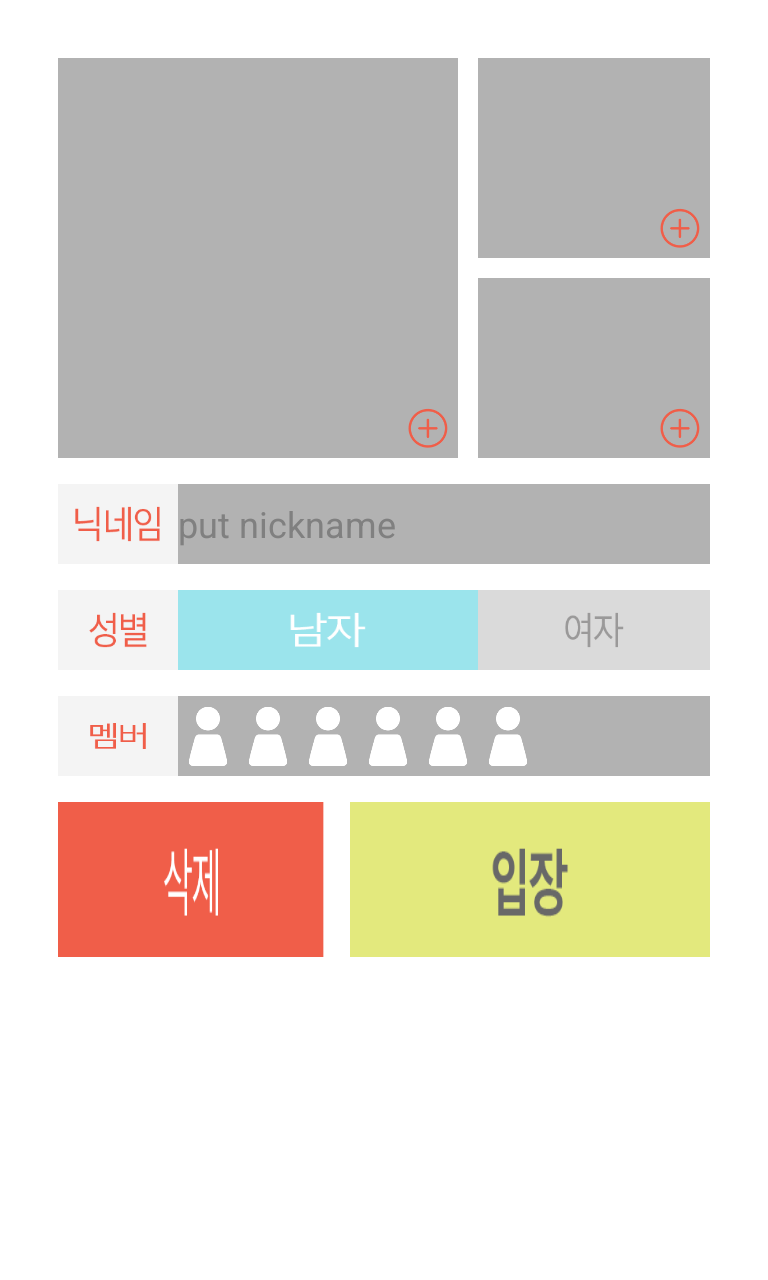
Repository: dokwon/mingle_final_client
Layout: mingle/res/layout/activity_main.xml
These files come from the project's save history. The layout is drawn as it stood at one moment and after the next save; the edit follows.
It is drawn on a 768 x 1280 px phone screen (xhdpi) without system bars, with theme ProfileTheme; the app's code is not run. The app's manifest (not shown) leaves right-to-left support off. So textAlignment, textDirection and layoutDirection are ignored, and left and right values win over start and end ones.

Above is the layout before, as saved 2014-08-04 06:09:12.

### mingle/res/layout/activity_main.xml
<?xml version="1.0"?>

<RelativeLayout
  tools:context=".MainActivity"
  android:paddingBottom="@dimen/activity_vertical_margin"
  android:paddingTop="@dimen/activity_vertical_margin"
  android:paddingRight="@dimen/activity_horizontal_margin"
  android:paddingLeft="@dimen/activity_horizontal_margin"
  android:layout_height="match_parent"
  android:layout_width="match_parent"
  android:background="@color/titlebackgroundcolor"
  xmlns:tools="http://schemas.android.com/tools"
  xmlns:android="http://schemas.android.com/apk/res/android">


	<!--

	+++++	PHOTO VIEWS   +++++

							-->
	<ImageView
	    android:id="@+id/photoView1"
	    android:layout_height="@dimen/photo_view_size"
	    android:layout_width="@dimen/photo_view_size"
	    android:layout_marginLeft="@dimen/option_margin"
	    android:layout_marginTop="@dimen/option_margin"
	    android:layout_alignParentStart="true"
	    android:layout_alignParentLeft="true"
	    android:theme="@style/PictureViewTheme"
	    android:cropToPadding="true"
	    android:contentDescription="@string/photo_description"
	    android:background="@color/photobackgroundcolor"
	    android:longClickable="false"
	    android:clickable="true" />

	<ImageView
	    android:id="@+id/photoView2"
	    android:layout_width="wrap_content"
	    android:layout_height="100dp"
	    android:layout_alignTop="@+id/photoView1"
	    android:layout_alignParentRight="true"
	    android:layout_marginRight="@dimen/option_margin"
	    android:layout_marginLeft="@dimen/photo_margin"
	    android:layout_toRightOf="@+id/photoView1"
	    android:adjustViewBounds="false"
	    android:background="@color/photobackgroundcolor"
	    android:baselineAlignBottom="false"
	    android:clickable="true"
	    android:contentDescription="@string/photo_description"
	    android:cropToPadding="true"
	    android:longClickable="false" />
	<ImageView
	    android:id="@+id/photoView3"
	    android:layout_height="wrap_content"
	    android:layout_width="wrap_content"
	    android:background="@color/photobackgroundcolor"
	    android:cropToPadding="true"
	    android:contentDescription="@string/photo_description"
	    android:clickable="true"
	    android:longClickable="false"
	    android:layout_alignRight="@+id/photoView2"
	    android:layout_alignBottom="@+id/photoView1"
	    android:layout_alignStart="@+id/photoView2"
	    android:layout_alignLeft="@+id/photoView2"
	    android:layout_below="@+id/photoView2"
	    android:layout_marginTop="@dimen/photo_margin"/>


	<!--

	+++++	ADD BUTTONS   +++++

							-->
	<ImageView
	    android:layout_height="20dp"
	    android:layout_width="20dp"
	    android:layout_marginRight="5dp"
	    android:layout_marginBottom="5dp"
	    android:layout_alignRight="@+id/photoView1"
	    android:layout_alignBottom="@+id/photoView1"
	    android:cropToPadding="true"
	    android:contentDescription="@string/erase_button_description"
	    android:background="@drawable/photo_plus"
	    android:longClickable="true"
	    android:id="@+id/add1"/>
	<ImageView
	    android:layout_height="20dp"
	    android:layout_width="20dp"
	    android:layout_marginRight="5dp"
	    android:layout_marginBottom="5dp"
	    android:layout_alignRight="@+id/photoView2"
	    android:layout_alignBottom="@+id/photoView2"
	    android:cropToPadding="true"
	    android:contentDescription="@string/erase_button_description"
	    android:background="@drawable/photo_plus"
	    android:longClickable="true"
	    android:id="@+id/add2"/>
	<ImageView
	    android:layout_height="20dp"
	    android:layout_width="20dp"
	    android:layout_marginRight="5dp"
	    android:layout_marginBottom="5dp"
	    android:layout_alignRight="@+id/photoView3"
	    android:layout_alignBottom="@+id/photoView3"
	    android:cropToPadding="true"
	    android:contentDescription="@string/erase_button_description"
	    android:background="@drawable/photo_plus"
	    android:longClickable="true"
	    android:id="@+id/add3"/>

	<!--

	+++++	NICKNAME  +++++

							-->

	<ImageView
	    android:id="@+id/nicknamelabel"
	    android:layout_width="@dimen/option_label_width"
	    android:layout_height="@dimen/option_label_height"
	    android:background="@drawable/nickname"
	    android:cropToPadding="true"
	    android:contentDescription="@string/photo_description"
	    android:longClickable="false"
	    android:layout_alignStart="@+id/photoView1"
	    android:layout_alignLeft="@+id/photoView1"
	    android:layout_below="@+id/photoView1"
	    android:layout_marginTop="@dimen/option_margin"/>

	<EditText
	    android:id="@+id/nicknameTextView"
	    android:layout_alignRight="@+id/photoView3"
	    android:layout_alignTop="@+id/nicknamelabel"
	    android:layout_alignBottom="@+id/nicknamelabel"
	    android:layout_toRightOf="@+id/nicknamelabel"
	    android:layout_width="wrap_content"
	    android:layout_height="wrap_content"
	    android:background="@color/photobackgroundcolor"
	    android:hint="@string/nickname_placeholder"
	    android:textAppearance="?android:attr/textAppearanceMedium"
	    android:imeActionLabel="@string/launch"
	    android:maxLength="10" />

	<!--

	+++++	SEX CHOICE   +++++

							-->

	<ImageView
	    android:layout_width="@dimen/option_label_width"
	    android:layout_height="@dimen/option_label_height"
	    android:background="@drawable/genderchoice"
	    android:cropToPadding="true"
	    android:contentDescription="@string/photo_description"
	    android:longClickable="false"
	    android:layout_alignStart="@+id/photoView1"
	    android:layout_alignLeft="@+id/photoView1"
	    android:layout_below="@+id/nicknamelabel"
	    android:id="@+id/sexlabel"
	    android:layout_marginTop="@dimen/option_margin"/>

	<Button
	    android:layout_height="wrap_content"
	    android:layout_width="wrap_content"
	    android:id="@+id/manbutton"
	    android:layout_centerHorizontal="true"
	    android:background="@drawable/genderchoice_man"
	    android:layout_alignTop="@+id/sexlabel"
	    android:layout_alignBottom="@+id/sexlabel"
	    android:layout_toRightOf="@+id/sexlabel"
	    android:layout_toLeftOf="@+id/photoView3"
	    android:onClick="SexOptionChanged"/>

	<Button
	    android:layout_height="wrap_content"
	    android:layout_width="wrap_content"
	    android:id="@+id/womanbutton"
	    android:layout_centerHorizontal="true"
	    android:background="@drawable/genderchoice_notwoman"
	    android:layout_alignTop="@+id/sexlabel"
	    android:layout_alignBottom="@+id/sexlabel"
	    android:layout_toRightOf="@+id/manbutton"
	    android:layout_alignRight="@+id/photoView3"
	    android:onClick="SexOptionChanged"/>


	<!--

	+++++	MEMBER NUM   +++++

							-->

	<ImageView
	    android:layout_width="@dimen/option_label_width"
	    android:layout_height="@dimen/option_label_height"
	    android:background="@drawable/member"
	    android:cropToPadding="true"
	    android:contentDescription="@string/photo_description"
	    android:longClickable="false"
	    android:layout_alignStart="@+id/photoView1"
	    android:layout_alignLeft="@+id/photoView1"
	    android:layout_below="@+id/sexlabel"
	    android:id="@+id/memberlabel"
	    android:layout_marginTop="@dimen/option_margin"/>
	<ImageView
	    android:layout_height="wrap_content"
	    android:layout_width="wrap_content"
	    android:id="@+id/member_background"
	    android:background="@color/photobackgroundcolor"
	    android:layout_alignTop="@+id/memberlabel"
	    android:layout_alignBottom="@+id/memberlabel"
	    android:contentDescription="@string/photo_description"
	    android:layout_toRightOf="@+id/memberlabel"
	    android:layout_alignRight="@+id/photoView3"/>
	<Button
	    android:layout_height="wrap_content"
	    android:layout_width="@dimen/member_icon_width"
	    android:id="@+id/member_1"
	    android:background="@drawable/peoplenumberpicon"
	    android:layout_alignTop="@+id/memberlabel"
	    android:layout_alignBottom="@+id/memberlabel"
	    android:layout_toRightOf="@+id/memberlabel"
	    android:layout_margin="@dimen/small_margin"
	    android:onClick="MemberNumberSelected"/>

	<Button
	    android:layout_height="wrap_content"
	    android:layout_width="@dimen/member_icon_width"
	    android:id="@+id/member_2"
	    android:background="@drawable/peoplenumberpicon"
	    android:layout_alignTop="@+id/memberlabel"
	    android:layout_alignBottom="@+id/memberlabel"
	    android:layout_toRightOf="@+id/member_1"
	    android:layout_margin="@dimen/small_margin"
	    android:onClick="MemberNumberSelected"/>
	<Button
	    android:layout_height="wrap_content"
	    android:layout_width="@dimen/member_icon_width"
	    android:id="@+id/member_3"
	    android:background="@drawable/peoplenumberpicon"
	    android:layout_alignTop="@+id/memberlabel"
	    android:layout_alignBottom="@+id/memberlabel"
	    android:layout_toRightOf="@+id/member_2"
	    android:layout_margin="@dimen/small_margin"
	    android:onClick="MemberNumberSelected"/>
	<Button
	    android:layout_height="wrap_content"
	    android:layout_width="@dimen/member_icon_width"
	    android:id="@+id/member_4"
	    android:background="@drawable/peoplenumberpicon"
	    android:layout_alignTop="@+id/memberlabel"
	    android:layout_alignBottom="@+id/memberlabel"
	    android:layout_toRightOf="@+id/member_3"
	    android:layout_margin="@dimen/small_margin"
	    android:onClick="MemberNumberSelected"/>
	<Button
	    android:layout_height="wrap_content"
	    android:layout_width="@dimen/member_icon_width"
	    android:id="@+id/member_5"
	    android:background="@drawable/peoplenumberpicon"
	    android:layout_alignTop="@+id/memberlabel"
	    android:layout_alignBottom="@+id/memberlabel"
	    android:layout_toRightOf="@+id/member_4"
	    android:layout_margin="@dimen/small_margin"
	    android:onClick="MemberNumberSelected"/>
	<Button
	    android:layout_height="wrap_content"
	    android:layout_width="@dimen/member_icon_width"
	    android:id="@+id/member_6"
	    android:background="@drawable/peoplenumberpicon"
	    android:layout_alignTop="@+id/memberlabel"
	    android:layout_alignBottom="@+id/memberlabel"
	    android:layout_toRightOf="@+id/member_5"
	    android:layout_margin="@dimen/small_margin"
	    android:onClick="MemberNumberSelected"/>




	<Button
	    android:layout_height="wrap_content"
	    android:layout_width="133dp"
	    android:id="@+id/delete_button"
	    android:layout_alignLeft="@+id/photoView1"
	    android:layout_below="@+id/memberlabel"
	    android:layout_marginTop="@dimen/option_margin"
	    android:background="@drawable/deleteall"
	    android:onClick="userCreateButtonPressed"/>

	<Button
	    android:layout_height="wrap_content"
	    android:layout_width="wrap_content"
	    android:id="@+id/enter_button"
	    android:layout_alignRight="@+id/photoView3"
	   	android:layout_toRightOf="@+id/delete_button"
	    android:layout_alignTop="@+id/delete_button"
	    android:layout_marginLeft="@dimen/option_margin"
	    android:background="@drawable/enter"
	    android:onClick="userCreateButtonPressed"/>


</RelativeLayout>

### mingle/res/values/styles.xml
<resources>

    <!--
        Base application theme, dependent on API level. This theme is replaced
        by AppBaseTheme from res/values-vXX/styles.xml on newer devices.
    -->
    <style name="AppBaseTheme" parent="android:Theme.Light">
        <!--
            Theme customizations available in newer API levels can go in
            res/values-vXX/styles.xml, while customizations related to
            backward-compatibility can go here.
        -->
    </style>

    <!-- Application theme. -->
    <style name="AppTheme" parent="AppBaseTheme">
        <!-- All customizations that are NOT specific to a particular API-level can go here. -->
    </style>

    <!--  Title Bar Theme -->
    <style name="ProfileTheme" parent="android:Theme.Light">
        <item name="android:windowTitleSize">@dimen/title_bar_height</item>
        <item name="android:windowTitleBackgroundStyle">@style/WindowTitleBackground</item>
	</style>



    <!--  Chat Room Theme -->
	<style name="ChatRoomTheme" parent="android:Theme.Light">
        <item name="android:windowTitleSize">50dp</item>
        <item name="android:windowTitleBackgroundStyle">@style/WindowTitleBackground</item>
	</style>

	<!--  Photo View Theme -->
	<style name="PictureViewTheme">

    	<item name="android:background">#FFEAEAEA</item>
	</style>

    <style name="WindowTitleBackground">
        <item name="android:background">@color/titlebackgroundcolor</item>
    </style>

    <!--  Swipe list view theme -->
	<style name="MyListBackContent">
       <item name="android:layout_width">fill_parent</item>
       <item name="android:layout_height">fill_parent</item>
       <item name="android:background">@drawable/background_back</item>
       <item name="android:gravity">right</item>
   </style>

   <style name="MyListFrontContent">
       <item name="android:layout_width">fill_parent</item>
       <item name="android:layout_height">fill_parent</item>
       <item name="android:background">@drawable/background_front</item>
       <item name="android:padding">8dp</item>
   </style>

     <style name="MyListButtonAction">
       <item name="android:layout_margin">5dp</item>
         <item name="android:layout_width">80dp</item>
       <item name="android:layout_height">30dp</item>

   </style>

     <style name="UserListImage">
       <item name="android:layout_width">180dp</item>
       <item name="android:layout_height">180dp</item>
       <item name="android:scaleGravity">fill</item>
       <item name="android:layout_marginRight">8dp</item>
   </style>

     <style name="ChatRoomImage">
       <item name="android:layout_width">67dp</item>
       <item name="android:layout_height">67dp</item>
       <item name="android:scaleGravity">fill</item>
       <item name="android:layout_marginRight">8dp</item>
   </style>

   <style name="MyListTitle">
       <item name="android:paddingBottom">8dp</item>
       <item name="android:textSize">17sp</item>
       <item name="android:textStyle">bold</item>
       <item name="android:maxLines">2</item>
       <item name="android:ellipsize">end</item>
   </style>
</resources>

### mingle/res/values/colors.xml
<?xml version="1.0" encoding="UTF-8"?>

<resources>

	<color name="titlebackgroundcolor">#FFFFFFFF</color>

	<color name="photobackgroundcolor">#B2B2B2</color>

	<color name="trans">#000000</color>
	<color name="light_gray">#eee9e9</color>
	<color name="white_gray">#FFF2F2F2</color>
	<color name="black">#FF000000</color>
	<color name="white">#FFFFFFFF</color>
	<color name="actionbar_gray">#F1F1F1</color>

	<color name="mingle_button_green">#e3e97d</color>

	<color name="mingle_button_red">#f05e49</color>

	<color name="gold">#F0C500</color>
	<color name="silver">#C0C0C0</color>
	<color name="bronze">#CD7F32</color>
	<color name="dark_gray">#4C4C4C</color>

</resources>

### mingle/res/values/strings.xml
<?xml version="1.0" encoding="utf-8"?>
<resources>

    <string name="app_name">mingle</string>
    <string name="title_section1">Section 1</string>
    <string name="title_section2">Section 2</string>
    <string name="title_section3">Section 3</string>
    <string name="action_settings">Personal Settings</string>
    <string name="hello_world">Hello world!</string>
    <string name="title_activity_hunt">HuntActivity</string>
    <string name="title_activity_chatroom">ChatroomActivity</string>
    <string name="title_activity_chat_room">ChatRoomActivity</string>
    <string name="tab1title">Top</string>
    <string name="tab2title">All</string>
    <string name="tab3title">Mingling</string>
    <string name="tab4title">Setting</string>
    <string name="radio_male">Male</string>
    <string name="radio_female">Female</string>
    <string name="sms"></string>
    <string name="send">send</string>
    <string name="title_activity_setting">SettingActivity</string>
    <string name="title_activity_photo_view">PhotoViewActivity</string>
    <string name="title_activity_profile">ProfileActivity</string>
    <string name="title_activity_region_chatroom">RegionChatroomActivity</string>
    <string name="photo_description">Click to add Photo</string>
	<string name="minge_start_button_string">Mingle</string>
	<string name="erase_button_description">erase photo</string>
	<string name="nickname_placeholder">put nickname</string>
	<string name="launch">launch</string>


</resources>

Loaded but not shown: mingle/res/values/dimens.xml (common file); mingle/res/values-w820dp/dimens.xml (common file)

After the next save:
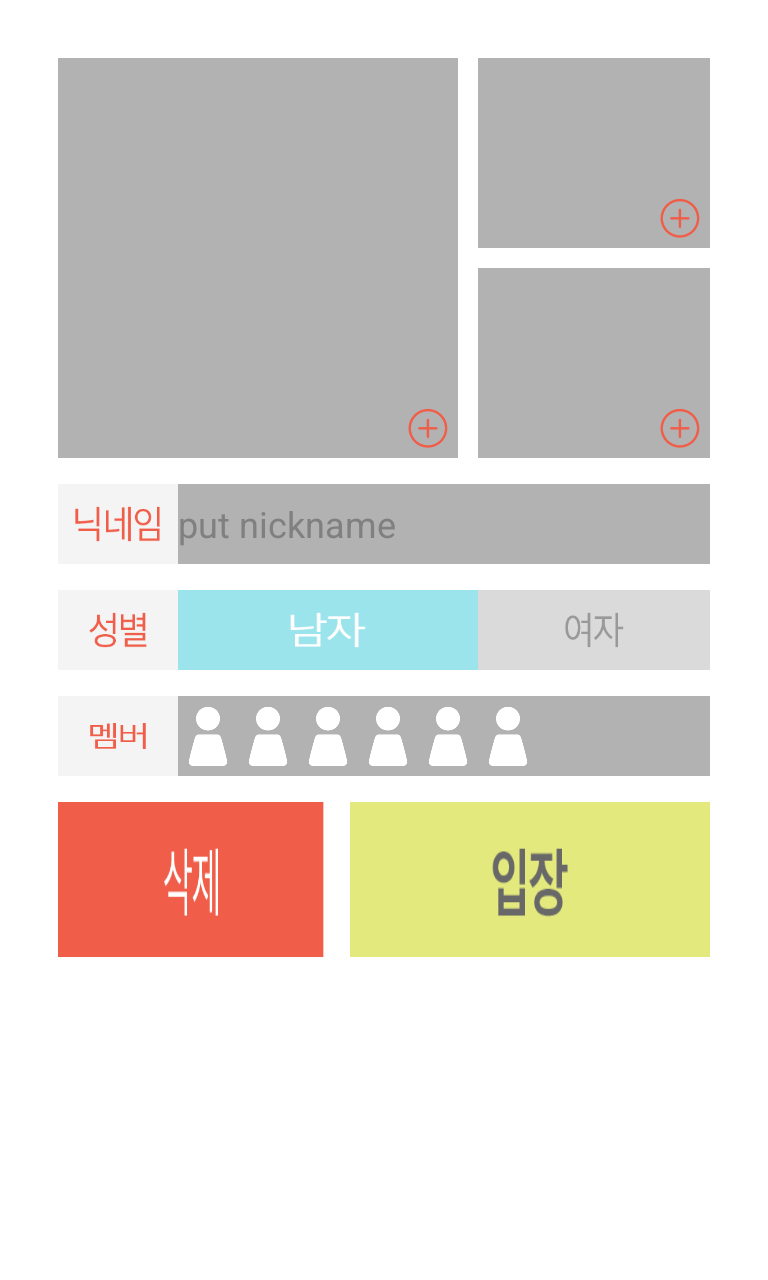
Saved 25 s later.
--- a/mingle/res/layout/activity_main.xml
+++ b/mingle/res/layout/activity_main.xml
@@ -36,7 +36,7 @@
 	<ImageView
 	    android:id="@+id/photoView2"
 	    android:layout_width="wrap_content"
-	    android:layout_height="100dp"
+	    android:layout_height="95dp"
 	    android:layout_alignTop="@+id/photoView1"
 	    android:layout_alignParentRight="true"
 	    android:layout_marginRight="@dimen/option_margin"
